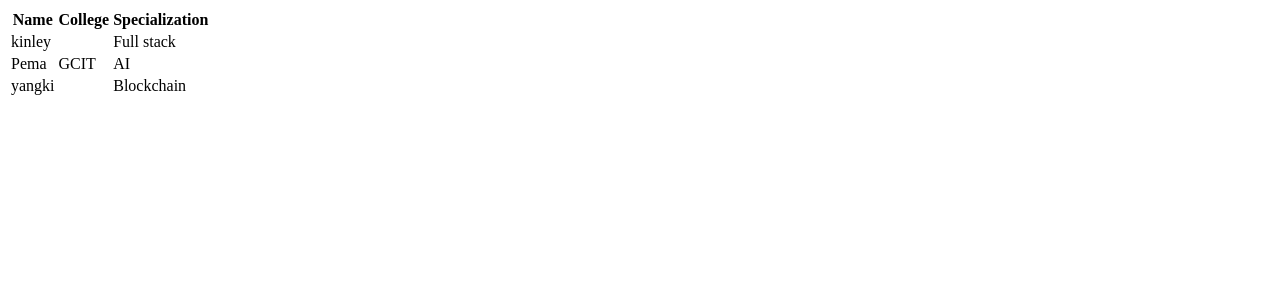
Repository: Pema-yangki/Css
Page: fed.html
An editor plug-in stored every save of this project. The page is shown before and after the next save, followed by the edit.
The browser window is 1280 px wide. The pictures show the whole page.

Above is the page before, as saved 2024-03-15 14:39:13.

After the next save:
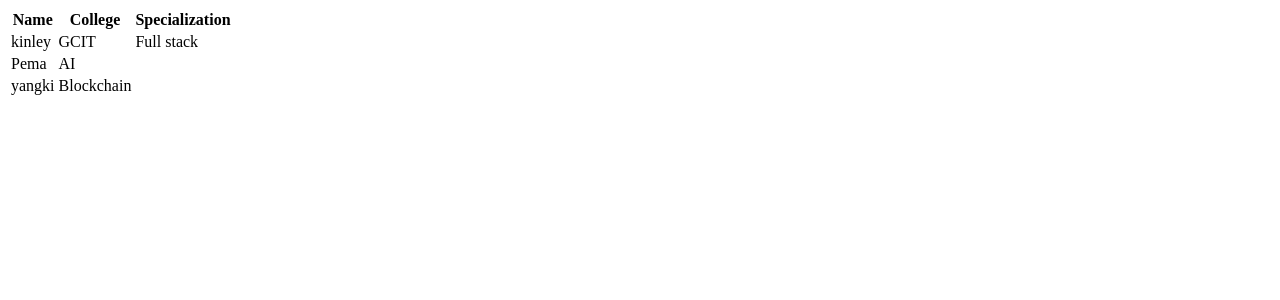
Saved 12 s later.
--- a/fed.html
+++ b/fed.html
@@ -40,7 +40,7 @@
     </tr>
     <tr>
         <td>kinley</td>
-        <td rowspan="3">GCIT</td>
+        <td >GCIT</td>
         <td>Full stack</td>
     </tr>
     <tr>
